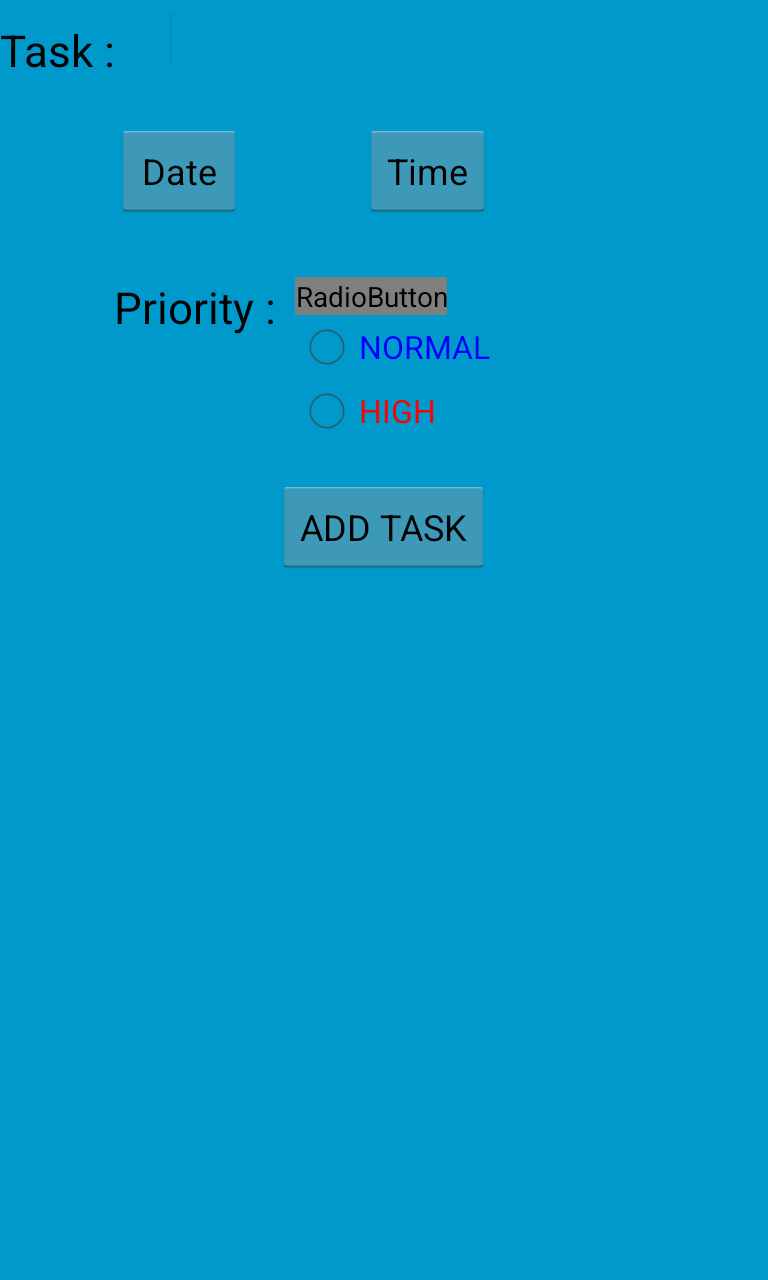
Repository: satyadarls/ToDo
Layout: ToDo/res/layout/customdialog_layout.xml
The author's editor kept a copy of each file at every save. The layout is drawn from the files as they stood at one save, then again after the next save.
Pictures or frames that could not be fetched are drawn as grey boxes. It is drawn on a 768 x 1280 px phone screen (xhdpi) without system bars, with theme AppTheme; the app's code is not run.

Above is the layout before, as saved 2014-07-03 14:49:53.

After the next save:
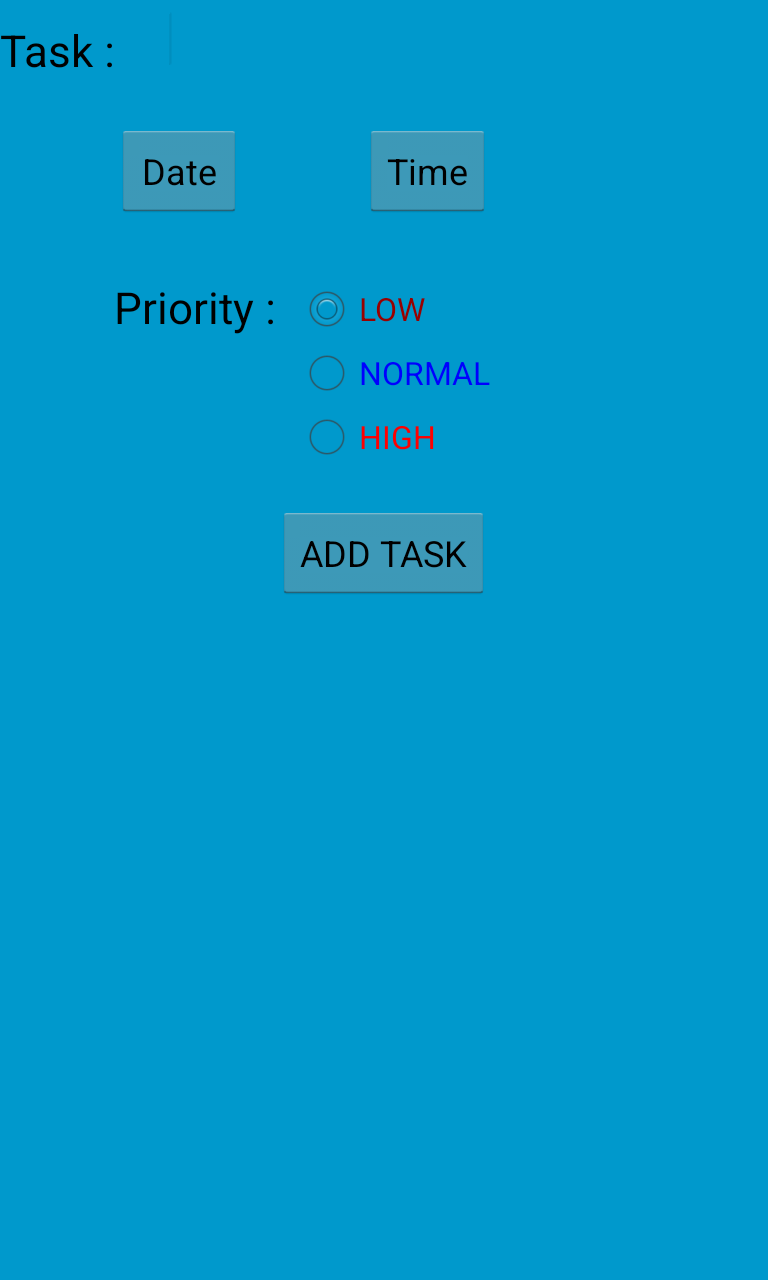
Saved 6 s later.
--- a/ToDo/res/layout/customdialog_layout.xml
+++ b/ToDo/res/layout/customdialog_layout.xml
@@ -58,7 +58,7 @@
             android:layout_width="wrap_content"
             android:layout_height="wrap_content"
             android:checked="true"
-            android:textColor="000000"
+            android:textColor="#990000"
             android:text="LOW" />
 
         <RadioButton
